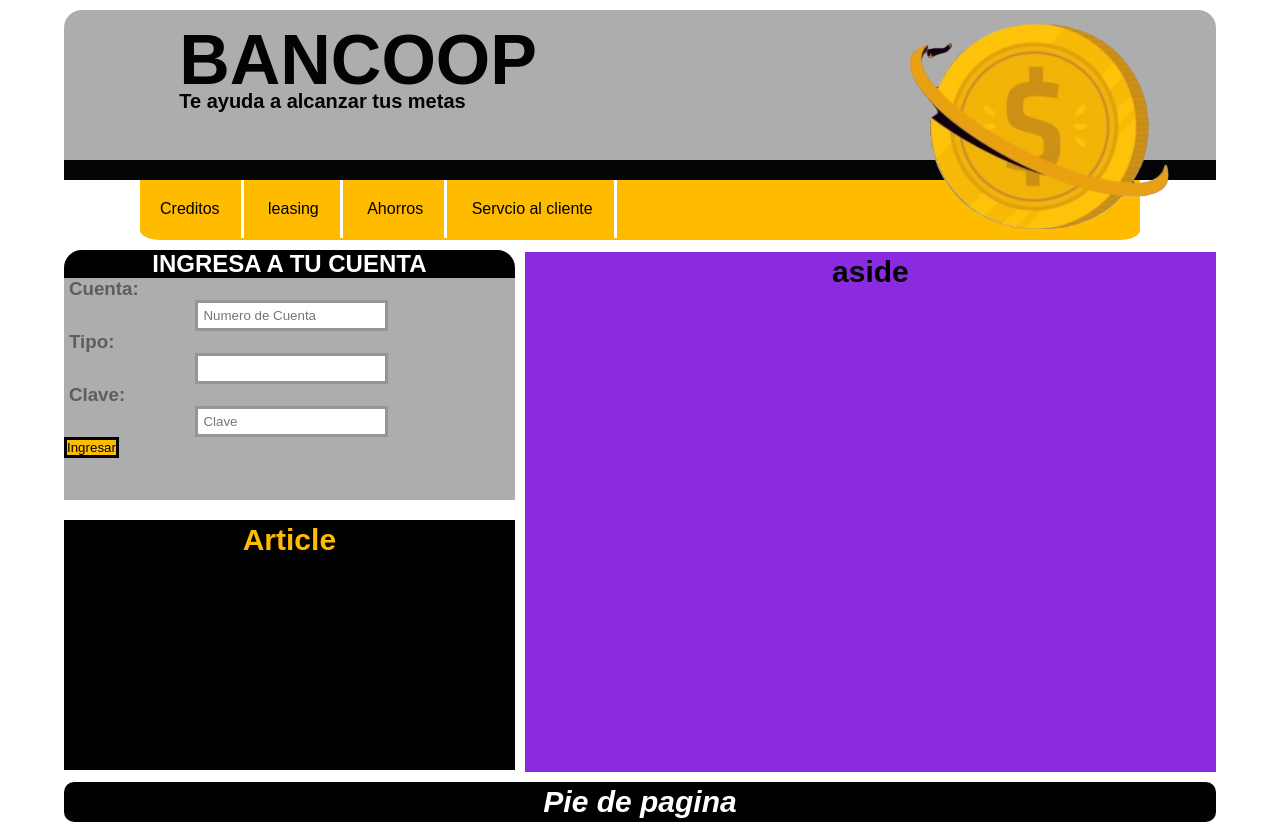
Repository: NickArregoces/BANCOOP
Page: Index.html
The author's editor kept a copy of each file at every save. The page is drawn from the files as they stood at one save, then again after the next save.
The browser window is 1280 px wide. The pictures show the whole page.

Above is the page before, as saved 2021-09-29 20:24:19.

### Index.html
<!DOCTYPE html>
<html lang="en">
<head>
    <meta charset="UTF-8">
    <meta http-equiv="X-UA-Compatible" content="IE=edge">
    <meta name="viewport" content="width=device-width, initial-scale=1.0">
    <title>BANCOOP Home</title>
    <link rel="stylesheet" href="/CSS/Style.css">
</head>
<body>
    <div id="head">
        <header>
            <div id="image">
                <img src="/Images/logo.png" alt="logo">
            </div>
            <div class="title" >
                <h1>BANCOOP</h1>
                <h3>Te ayuda a alcanzar tus metas</h3>
            </div>

        </header>

        <nav class="barra"></nav>

        <ul class="menu">
            <li><a href="#">Creditos</a></li>
            <li><a href="#">leasing</a></li>
            <li><a href="#">Ahorros</a></li>
            <li><a href="#">Servcio al cliente</a></li>
        </ul>
    </div>

        <div id="Contenido">
            <div class="section">
                <form action="" class="login">
                    <h2 style="color: rgb(255, 255, 255);">INGRESA A TU CUENTA</h2>

                    <h3 >Cuenta:<input type="number" placeholder="Numero de Cuenta"></h3>

                    <h3>Tipo:<input type="text"></h3>

                    <h3>Clave:<input type="password" placeholder="Clave"></h3>

                    <button class="sumbit"> Ingresar </button>
                </form>

                <article>
                    <h2 style="color: rgb(255, 187,0);">Article</h2>
                </article>
            </div>

            <div id="Cuadros">
                <aside>
                    <h2>aside</h2>
                </aside>
            </div>

                <div>
                    <footer>
                        <h2>Pie de pagina</h2>
                    </footer>
                </div>
        </div>

</body>
</html>

### CSS/Style.css

*{
    margin: 0 auto;
    padding: 0px;
}
body{
    font-family: Arial, Helvetica, sans-serif;
    background: rgb(255, 255, 255);
    width: 90%;
    color: rgb(3, 3, 3);
}
header{
    width: 100%;
    margin-top: 10px;
    background: rgb(173, 173, 173);
    border-top-left-radius:  18px;
    border-top-right-radius:  18px;
    height: 150px;
}
    img{
        float: right;
        width: 30%;
    }
    .title{
        float: right;
        width: 60%;
        margin-top: 20px;
    }
    header h1{
        font-size: 70px;
        text-align: left;
        line-height: 60px;
        display: block;
        margin: center;

    }
    header h3{
        font-size: 20px;
        text-align: left;
    }
nav.barra{
    background: rgb(5, 5, 5);
    height: 20px;
}

ul.menu{
    border-bottom-left-radius: 20px 10px;
    border-bottom-right-radius: 20px 10px;
    background: rgb(255, 187, 0);
    height: 60px;
    list-style: none;
    padding: 0;
    max-width: 1000px;
    margin: auto;
}
    .menu li a{
        align-items: center;
        margin-right: 1px;
        text-decoration: none;
        color:black;
        padding: 20px;
        display: inline-block;

    }
    .menu li {
        border-right: solid white;
        display: inline-block;
        text-align:center;
        }
    .menu li a:hover{
        background: #242323b6;
        color: white;
        }

.section{
    width: 40%;
    float: left;
}
    form{
        background: rgb(173, 173, 173);
        border-top-left-radius: 18px;
        border-top-right-radius: 18px;
        margin-top: 10px;
        margin-right:10px;
        margin-bottom: 10px;
        height: 250px;
    }
        .login h2{
            text-align: center;
            background: black;
            border-top-left-radius: 18px;
            border-top-right-radius: 18px;
        }
        form h3{
            margin-left: 5px;
            color: rgb(95, 93, 93);
        }
        form input{
            padding: 5px;
            display: block;
            border: solid rgb(149, 149, 149);
        }
        button{

            background-position: center;
            background: rgb(255, 187, 0);
            border: solid black;
        }

    article {
        height: 250px;
        background: rgb(0, 0, 0);
        margin-top: 20px;
        margin-right:10px;
        margin-bottom: 10px;
    }
        article h2{
            font-size: 30px;
            text-align: center;
            line-height: 40px;
        }

aside{
    width: 60%;
    height: 520px;
    background: blueviolet;
    margin-top: 10px;
    float: right;
    margin-bottom: 10px;
}
    aside h2{
        font-size: 30px;
        text-align: center;
        line-height: 40px;
    }


footer{
    background: black;
    clear: both;
    border-radius: 10px;
}
    footer h2{
        font-size: 30px;
        text-align: center;
        line-height: 40px;
        color: white;
        font-style:italic;
    }

After the next save:
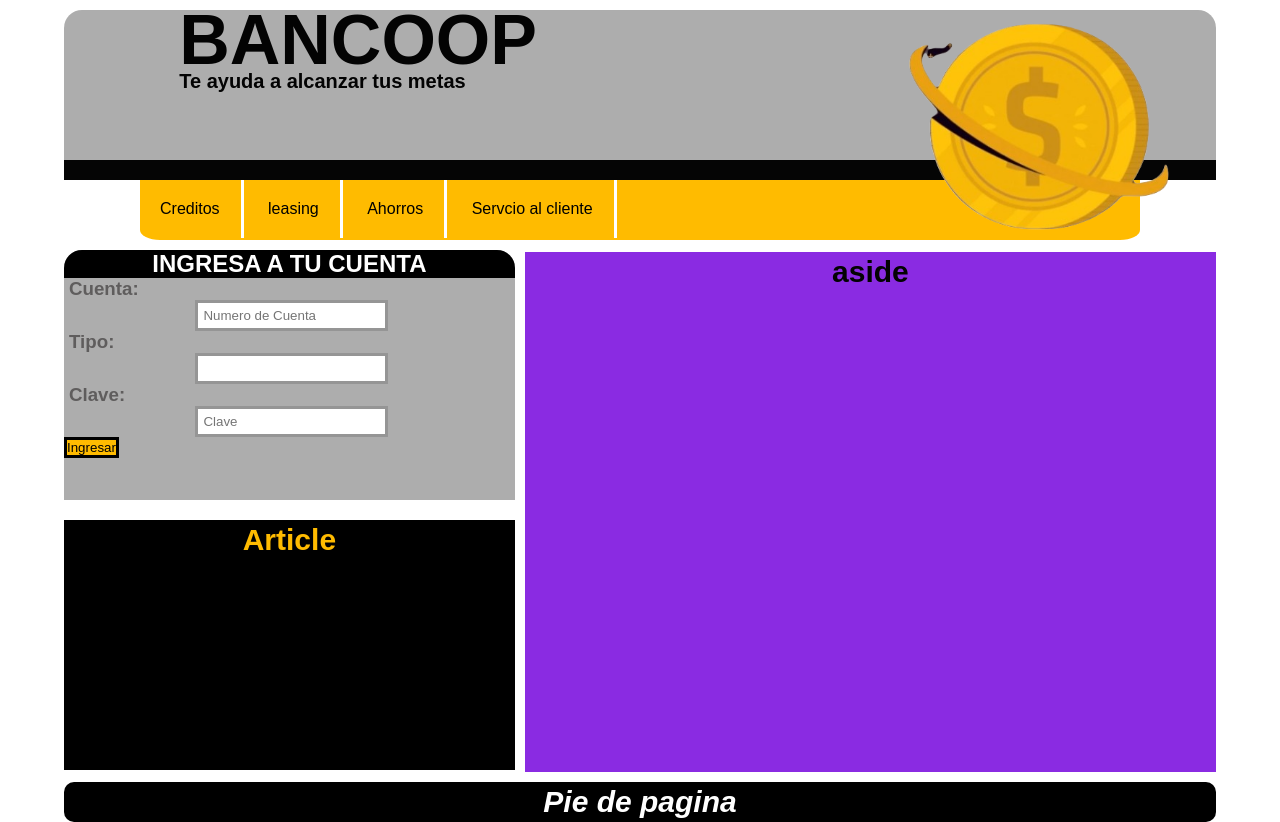
Saved 112 s later.
--- a/CSS/Style.css
+++ b/CSS/Style.css
@@ -25,13 +25,14 @@ header{
         float: right;
         width: 60%;
         margin-top: 20px;
+        margin: auto;
+
     }
     header h1{
         font-size: 70px;
         text-align: left;
         line-height: 60px;
         display: block;
-        margin: center;
 
     }
     header h3{

After the save that followed:
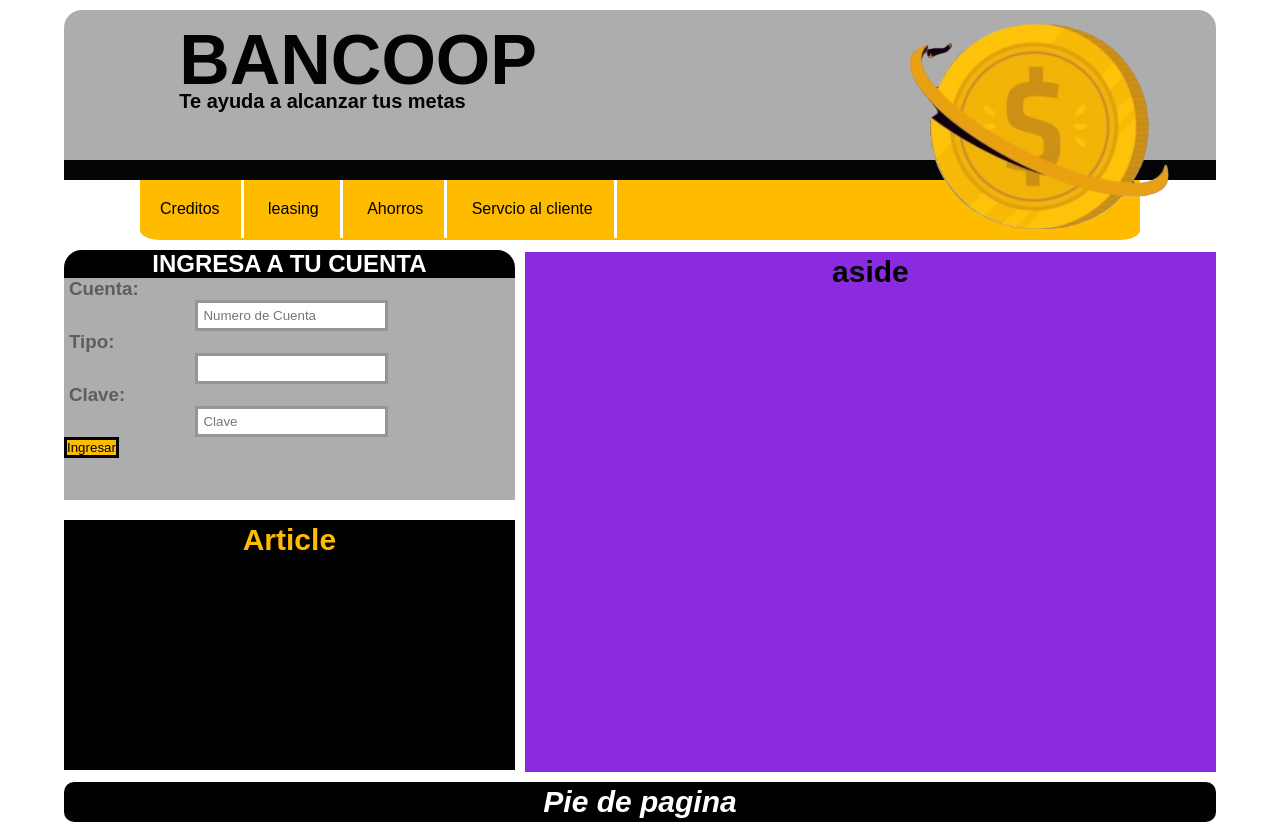
Saved 26 s later.
--- a/CSS/Style.css
+++ b/CSS/Style.css
@@ -25,15 +25,13 @@ header{
         float: right;
         width: 60%;
         margin-top: 20px;
-        margin: auto;
-
     }
     header h1{
         font-size: 70px;
         text-align: left;
         line-height: 60px;
         display: block;
-
+        margin: auto;
     }
     header h3{
         font-size: 20px;
